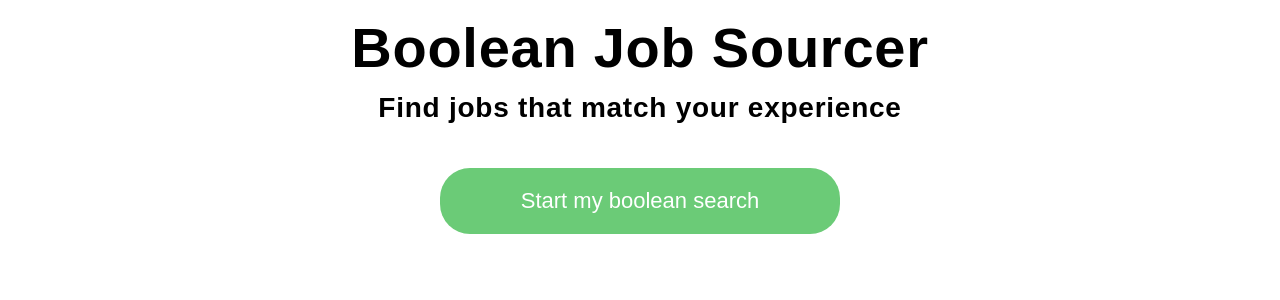
Repository: Rthompson2548/boolean-job-searcher
Page: /
An editor plug-in stored every save of this project. The page is shown before and after the next save, followed by the edit.
The browser window is 1280 px wide. The pictures show the whole page.
The project was rebuilt for these pictures with package versions that can differ from the ones it lists, and the page was loaded fresh each time.

Above is the page before, as saved 2022-03-26 11:29:20.

After the next save:
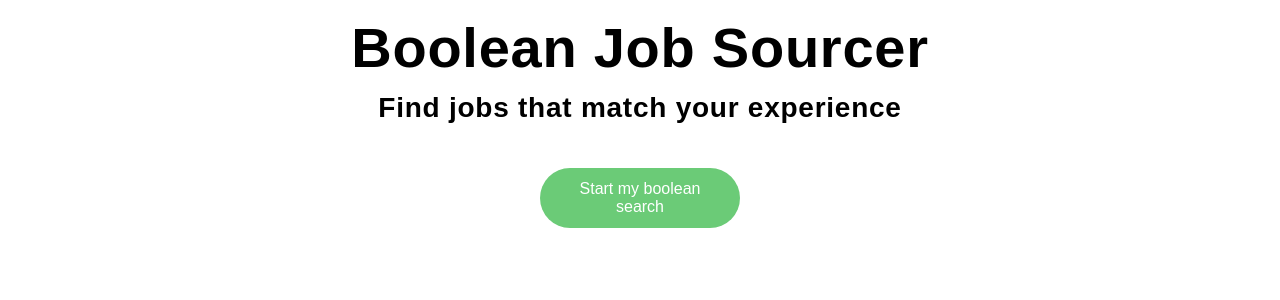
Saved 14 s later.
--- a/src/styles.css
+++ b/src/styles.css
@@ -46,10 +46,7 @@
 .start-btn {
   background-color: #6bcb77;
   color: #fff;
-  font-size: 22px;
-  vertical-align: middle;
-  width: 400px;
-  padding: 20px 0;
+
 }
 
 input {

After the save that followed:
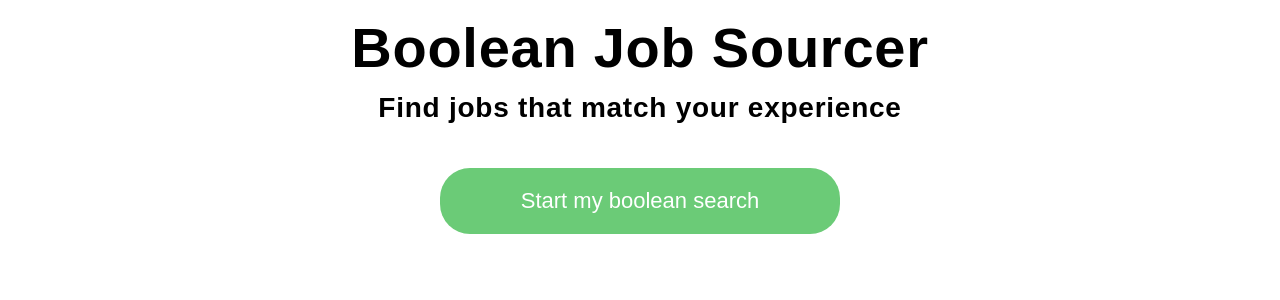
Saved 4 s later.
--- a/src/styles.css
+++ b/src/styles.css
@@ -46,7 +46,10 @@
 .start-btn {
   background-color: #6bcb77;
   color: #fff;
-
+  font-size: 22px;
+  vertical-align: middle;
+  width: 400px;
+  padding: 20px 0;
 }
 
 input {
